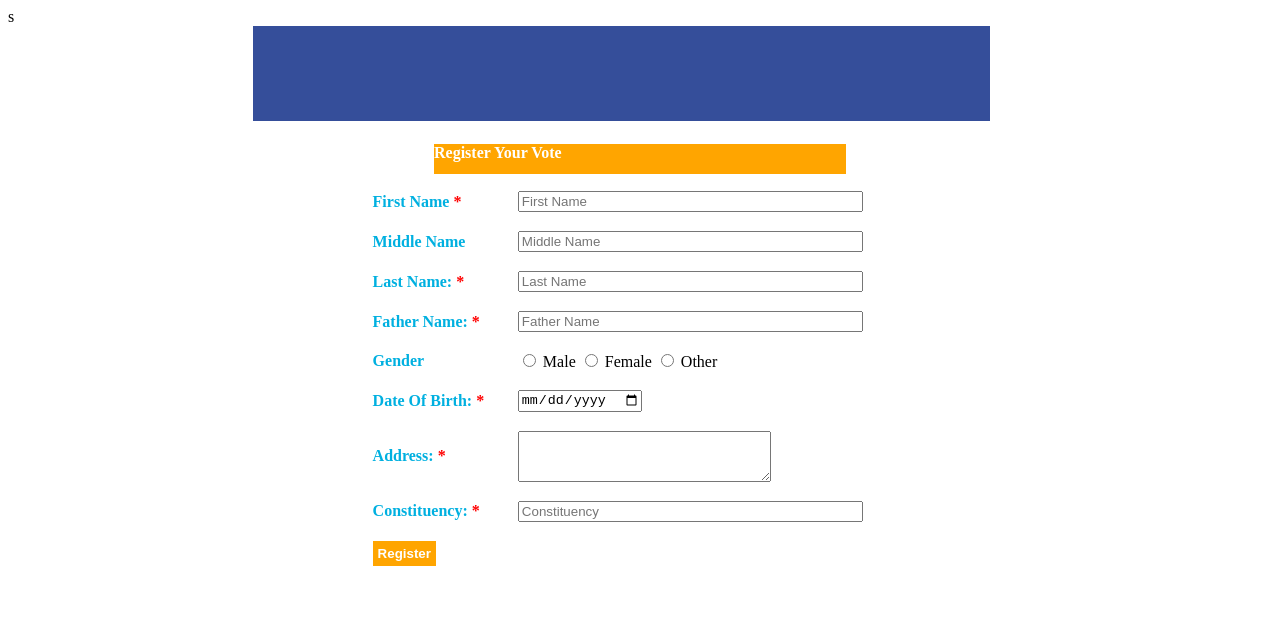
Repository: KameshV95/My-Projects
Page: http://localhost/VoterRegistration/WEB-INF/views/VoterRegistration.jsp
These files come from the project's save history. The page is drawn as it stood at one moment and after the next save; the edit follows.
The browser window is 1280 px wide. The pictures show the whole page.
The page is served by Tomcat 9. Nobody is signed in. Other server files are loaded and not shown. The template is opened directly, without the code that normally fills it, so the values that code supplies are empty.

Above is the page before, as saved 2019-03-19 10:14:19.

### VoterRegistration/src/main/webapp/WEB-INF/views/VoterRegistration.jsp
<%@ page language="java" contentType="text/html; charset=ISO-8859-1"
    pageEncoding="ISO-8859-1"%>
<!DOCTYPE html PUBLIC "-//W3C//DTD HTML 4.01 Transitional//EN" "http://www.w3.org/TR/html4/loose.dtd">
<html>
<head>
<meta http-equiv="Content-Type" content="text/html; charset=ISO-8859-1">
<title>VoterId Registration</title>
s
</head>
<body background="">

<form action="voterRegistration">

<div>
<header style="background-color:#354E9A; height:95px;width:52%;padding-left:80px;margin-left:245px">


</header>
</div>

<header style="background-color:white; height:2px;width:43.5%;padding-top:0px;margin-left:395px"></header>
<header style="background-color:orange; height:30px;width:32.5%;padding-right:1px;margin-left:426px">


<h4><b><font color="white" align="center" >Register Your Vote</font></b></h4>
</header>


<table background="" width="45%"  height="50" cellpadding="2" height="80%" width="50%" align="center"
cellspacing="15" colspan="2" background="">

<tr>
<td><b><font color="sky blue">First Name</font></b> <font color="red"><strong>*</strong></font></td>
<td><input type="text"  id="firstName" name="firstName" placeholder="First Name" size="40"></td>
</tr>

<tr>
<td><b><font color="sky blue">Middle Name</font></b></td>
<td><input type=text  id="middleName" name="middleName" placeholder="Middle Name" size="40"></td>
</tr>

<tr>
<td><b><font color="sky blue">Last Name:</font></b> <font color="red"><strong>*</strong></font></td>
<td><input type="text"  id="lastName" name="lastName" placeholder="Last Name" size="40"></td>
</tr>

<tr>
<td><b><font color="sky blue">Father Name:</font></b> <font color="red"><strong>*</strong></font></td>
<td><input type="text"  id="fatherName" name="fatherName" placeholder="Father Name" size="40"></td>
</tr>

<tr>
<td class="tdLabel"><label for="register_gender" class="label"><font color="sky blue"><b>Gender</b></font></label></td>
    <td>
<input type="radio" name="gender" id="male" value="male"/>
<label for="male">Male</label>
<input type="radio" name="gender" id="female" value="female"/>
<label for="female">Female</label>
<input type="radio" name="gender" id="other" value="other"/>
<label for="other">Other</label>
    </td>
</tr>

<tr>
<td><b><font color="sky blue">Date Of Birth:</font></b> <font color="red"><strong>*</strong></font></td>
<td><input type="date"  id="dateOfBirth" name="dateOfBirth" size="40"></td>
</tr>

<tr>
<td><b><font color="sky blue">Address:</font></b> <font color="red"><strong>*</strong></font></td>
<td><textarea name="address" id=address rows="3" cols="29"></textarea></td>
</tr>

<tr>
<td><b><font color="sky blue">Constituency:</font></b> <font color="red"><strong>*</strong></font></td>
<td><input type="text"  id="constituency" name="constituency" placeholder="Constituency" size="40"></td>
</tr>

<tr>
<td>
<input type="submit" value="Register" style="background-color:orange;border:2px;padding:5px;color:white;font-weight: bold"/>
</td>
</tr>

</table>
</form>
</body>
</html>

After the next save:
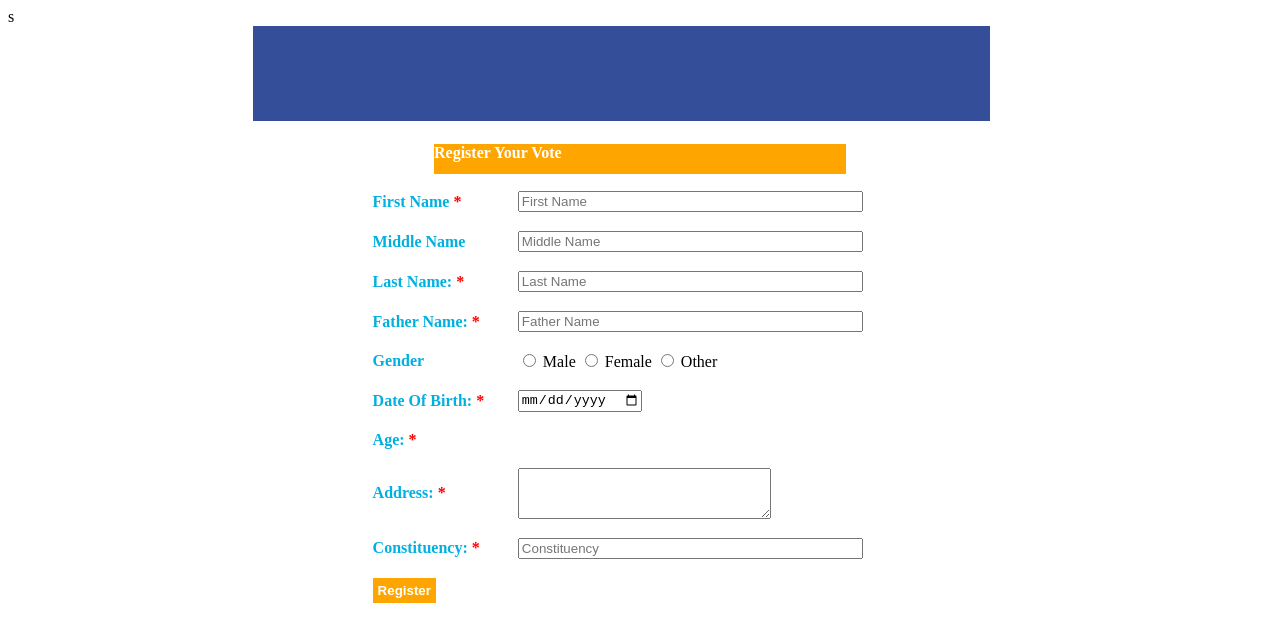
Saved 87 s later.
--- a/VoterRegistration/src/main/webapp/WEB-INF/views/VoterRegistration.jsp
+++ b/VoterRegistration/src/main/webapp/WEB-INF/views/VoterRegistration.jsp
@@ -67,6 +67,11 @@ cellspacing="15" colspan="2" background="">
 </tr>
 
 <tr>
+<td><b><font color="sky blue">Age:</font></b> <font color="red"><strong>*</strong></font></td>
+<td><intput type="text" name="age" id=age rows="3" cols="29"></textarea></td>
+</tr>
+
+<tr>
 <td><b><font color="sky blue">Address:</font></b> <font color="red"><strong>*</strong></font></td>
 <td><textarea name="address" id=address rows="3" cols="29"></textarea></td>
 </tr>
